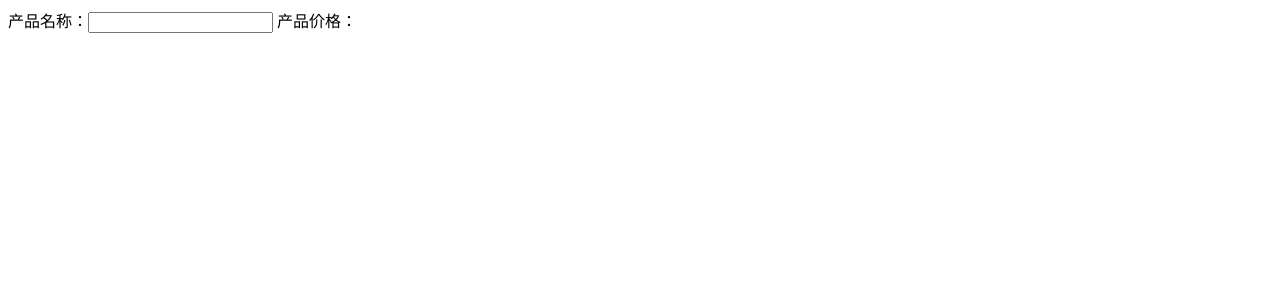
Repository: caoxx123/springmvc
Page: http://localhost/springmvc/addProduct.jsp
An editor plug-in stored every save of this project. The page is shown before and after the next save, followed by the edit.
The browser window is 1280 px wide. The pictures show the whole page.
The page is served by Tomcat 9.

Above is the page before, as saved 2019-04-11 07:24:42.

After the next save:
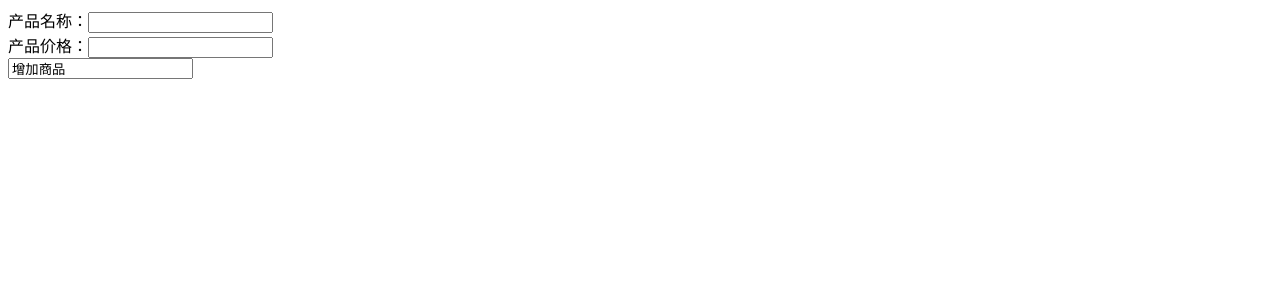
Saved 82 s later.
--- a/springmvc/WebContent/addProduct.jsp
+++ b/springmvc/WebContent/addProduct.jsp
@@ -1,6 +1,7 @@
 <%@ page language="java" contentType="text/html; charset=UTF-8"
     pageEncoding="UTF-8" import="java.util.*" isELIgnored="false"%>
 <form action="addProduct">
-产品名称：<input type="text" name="name" >
-产品价格：
+产品名称：<input type="text" name="name" value=""></br>
+产品价格：<input type="text" name="price" value=""></br>
+<input type="sbumit" value="增加商品">
 </form>
